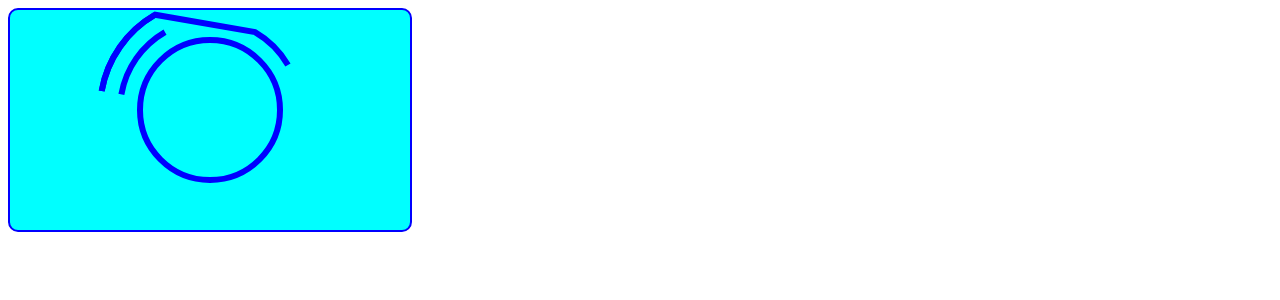
Repository: Tan-Khang21/TH_TKW--Buoi_05
Page: Bai_Tap_Ve_Nha/Bai_01/canvas10.html
The author's editor kept a copy of each file at every save. The page is drawn from the files as they stood at one save, then again after the next save.
The browser window is 1280 px wide. The pictures show the whole page.

Above is the page before, as saved 2024-03-10 21:55:32.

### Bai_Tap_Ve_Nha/Bai_01/canvas10.html
<!DOCTYPE html>
<html lang="en">
  <head>
    <meta charset="UTF-8" />
    <meta name="viewport" content="width=device-width, initial-scale=1.0" />
    <title>Document</title>
  </head>
  <body>
    <canvas
      id="myCanvas"
      style="
        border: 2px solid blue;
        background-color: aqua;
        border-radius: 10px;
      "
      width="400px"
      height="220px"
    ></canvas>
    <script>
      var canvas = document.getElementById("myCanvas"),
        ctx = canvas.getContext("2d");
      ctx.beginPath();
      ctx.arc(200, 100, 70, 0, 2 * Math.PI);
      ctx.strokeStyle = "blue";
      ctx.lineWidth = 6;
      ctx.stroke();

      ctx.beginPath();
      ctx.arc(200, 100, 90, (19 / 18) * Math.PI, (4 / 3) * Math.PI);
      ctx.strokeStyle = "blue";
      ctx.lineWidth = 6;
      ctx.stroke();
      ctx.beginPath();
      ctx.arc(200, 100, 110, (19 / 18) * Math.PI, (4 / 3) * Math.PI);
      ctx.strokeStyle = "blue";
      ctx.lineWidth = 6;
      ctx.stroke();
      ctx.arc(200, 100, 90, (5 / 3) * Math.PI, (11 / 6) * Math.PI);
      ctx.strokeStyle = "blue";
      ctx.lineWidth = 6;
      ctx.stroke();
    </script>
  </body>
</html>

After the next save:
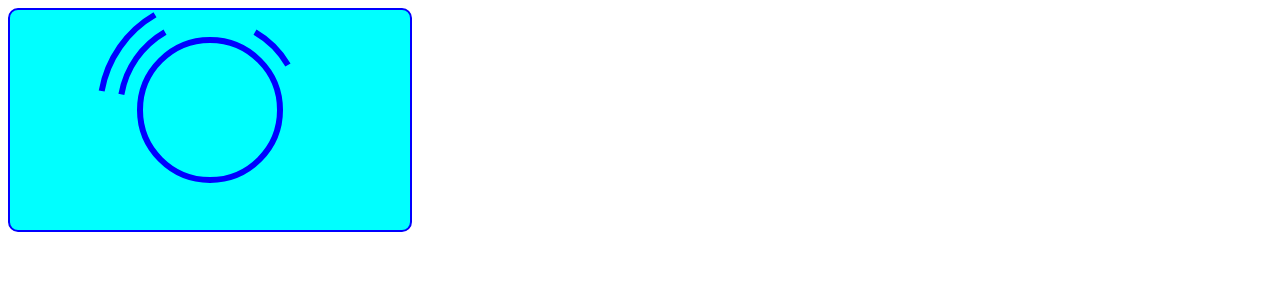
Saved 12 s later.
--- a/Bai_Tap_Ve_Nha/Bai_01/canvas10.html
+++ b/Bai_Tap_Ve_Nha/Bai_01/canvas10.html
@@ -35,6 +35,7 @@
       ctx.strokeStyle = "blue";
       ctx.lineWidth = 6;
       ctx.stroke();
+      ctx.beginPath();
       ctx.arc(200, 100, 90, (5 / 3) * Math.PI, (11 / 6) * Math.PI);
       ctx.strokeStyle = "blue";
       ctx.lineWidth = 6;
